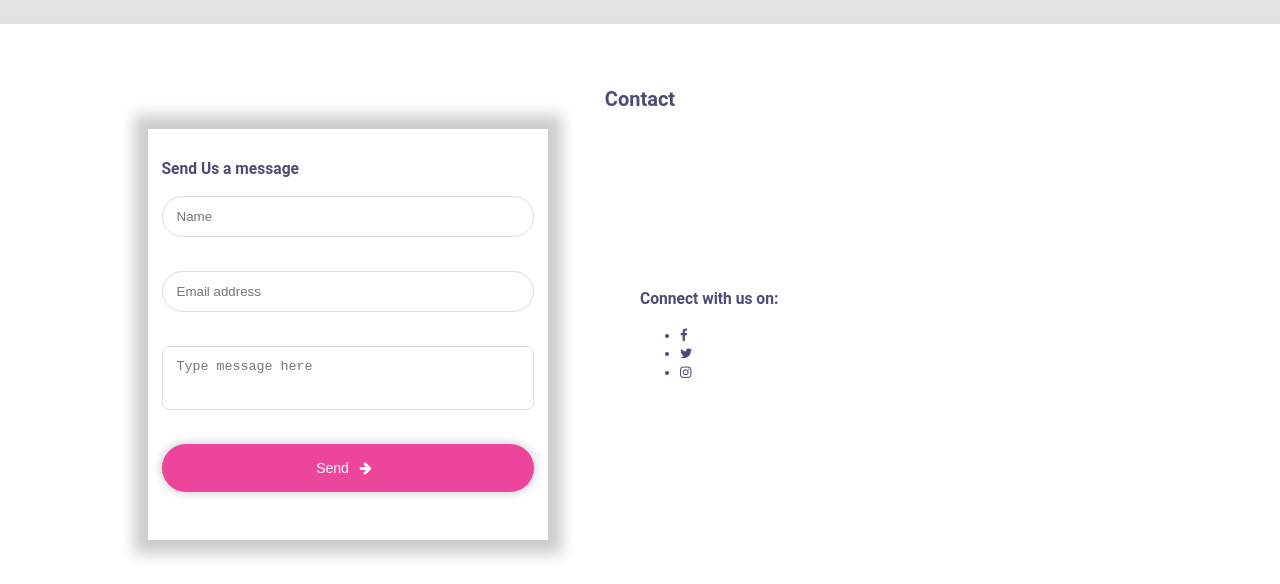
Repository: wisdomspine/emmatech-website
Page: index.html
An editor plug-in stored every save of this project. The page is shown before and after the next save, followed by the edit.
The browser window is 1280 px wide. The pictures show the part of the page from y = 1532 to 2116 px (the page is 2116 px tall).
A picture or video elsewhere on the page could not be fetched, so the positions and the page height are approximate.

Above is the page before, as saved 2020-11-02 12:38:06.

### index.html
<!DOCTYPE html>
<html lang="en">

<head>
    <meta charset="UTF-8">
    <meta name="viewport" content="width=device-width, initial-scale=1.0 max-scale=1.0">
    <title>Emmatech ICT</title>
    <link rel="stylesheet" href="./assets/styles/styles.css">
    <link rel="stylesheet" href="./assets/styles/home-slide.css">
    <link rel="stylesheet" href="./assets/styles/index.css">
    <link rel="stylesheet" href="https://stackpath.bootstrapcdn.com/font-awesome/4.7.0/css/font-awesome.min.css">
</head>

<body>
    <header class="header">
        <div class="container">
            <img src="./assets/images/logo.png" alt="">
            <nav>
                <ul>
                    <li>
                        <a href="#">Contact Us</a>
                    </li>
                    <li>
                        <a href="#">About</a>
                    </li>
                    <li>
                        <a href="#">Services</a>
                    </li>
                    <li>
                        <a href="#">Portfolio</a>
                    </li>
                </ul>
            </nav>
        </div>
    </header>

    <section class="home-slide">
        <div>
            <div class="container">
                <article>
                    <header>
                        <h1>Emmatech-Tech</h1>
                        <h2>Ict Services at it's best</h2>
                    </header>
                    <p>
                        Lorem ipsum dolor, sit amet consectetur adipisicing elit. Doloremque, quo. Pariatur minima ipsam
                        animi tempora quisquam blanditiis, numquam odit asperiores. Recusandae ad eaque nam quasi
                        sapiente voluptates iure tenetur sit.

                    </p>
                </article>
                <img src="./assets/images/slide/slide1.svg" alt="">
            </div>
        </div>
        <div>
            <div class="container">
                <article>
                    <header>
                        <h1>Emmatech-Tech</h1>
                        <h2>Ict Services at it's peak</h2>
                    </header>
                    <p>
                        Lorem ipsum dolor, sit amet consectetur adipisicing elit. Doloremque, quo. Pariatur minima ipsam
                        animi tempora quisquam blanditiis, numquam odit asperiores. Recusandae ad eaque nam quasi
                        sapiente voluptates iure tenetur sit.

                    </p>
                </article>
                <div>
                    <img src="./assets/images/slide/slide2.svg" alt="">
                </div>
            </div>
        </div>
        <div>
            <div class="container">
                <article>
                    <header>
                        <h1>Emmatech-Tech</h1>
                        <h2>Ict Services at it's great</h2>
                    </header>
                    <p>
                        Lorem ipsum dolor, sit amet consectetur adipisicing elit. Doloremque, quo. Pariatur minima ipsam
                        animi tempora quisquam blanditiis, numquam odit asperiores. Recusandae ad eaque nam quasi
                        sapiente voluptates iure tenetur sit.

                    </p>
                </article>
                <div>
                    <img src="./assets/images/slide/slide3.svg" alt="">
                </div>
            </div>
        </div>
    </section>
    <section class="service-section">
        <div class="container">
            <h2 class="text-center">
                Services
            </h2>
            <div class="home-services">
                <figure>
                    <img src="./assets/images/systme-installation.png" alt="">
                    <figcaption>
                        System Installation and Maintenance
                    </figcaption>
                </figure>
                <figure>
                    <img src="./assets/images/systme-installation.png" alt="">
                    <figcaption>
                        System Installation and Maintenance
                    </figcaption>
                </figure>
                <figure>
                    <img src="./assets/images/systme-installation.png" alt="">
                    <figcaption>
                        System Installation and Maintenance
                    </figcaption>
                </figure>
            </div>

            <a href="#" class="button outline accent readmore">
                Readmore
            </a>
        </div>
    </section>
    <section class="home-portfolio">
        <div class="container">
            <header>
                <h2 class="text-center">
                    Portfolio
                </h2>
                <p class="text-center">
                    Take a glimpse of our solutions
                </p>
            </header>
            <div class="content">
                <figure>
                    <img src="https://images.unsplash.com/photo-1557597774-9d273605dfa9?ixlib=rb-1.2.1&ixid=eyJhcHBfaWQiOjEyMDd9&auto=format&fit=crop&w=500&q=80&h=500"
                        alt="">
                    <figcaption>
                        <h3>Installation of CCTV cameras in TA'AL E-Library</h3>
                        <a href="#" class="button filled accent">View Case</a>
                    </figcaption>
                </figure>
                <figure>
                    <img src="https://images.unsplash.com/photo-1557597774-9d273605dfa9?ixlib=rb-1.2.1&ixid=eyJhcHBfaWQiOjEyMDd9&auto=format&fit=crop&w=500&q=80&h=500"
                        alt="">
                    <figcaption>
                        <h3>Installation of CCTV cameras in TA'AL E-Library</h3>
                        <a href="#" class="button filled accent">View Case</a>
                    </figcaption>
                </figure>
                <figure>
                    <img src="https://images.unsplash.com/photo-1557597774-9d273605dfa9?ixlib=rb-1.2.1&ixid=eyJhcHBfaWQiOjEyMDd9&auto=format&fit=crop&w=500&q=80&h=500"
                        alt="">
                    <figcaption>
                        <h3>Installation of CCTV cameras in TA'AL E-Library</h3>
                        <a href="#" class="button filled accent">View Case</a>
                    </figcaption>
                </figure>
                <figure>
                    <img src="https://images.unsplash.com/photo-1557597774-9d273605dfa9?ixlib=rb-1.2.1&ixid=eyJhcHBfaWQiOjEyMDd9&auto=format&fit=crop&w=500&q=80&h=500"
                        alt="">
                    <figcaption>
                        <h3>Installation of CCTV cameras in TA'AL E-Library</h3>
                        <a href="#" class="button filled accent">View Case</a>
                    </figcaption>
                </figure>
            </div>
        </div>
    </section>
    <section class="home-contact">
        <div class="container">
            <h2 class="text-center">
                Contact
            </h2>
            <div class="home-contact-content">
                <div>
                    <div>
                        <h3>Send Us a message</h3>
                        <form action="#" method="POST">
                            <div>
                                <input type="text" placeholder="Name" required>
                            </div>
                            <div>
                                <input type="email" name="" id="" placeholder="Email address" required>
                            </div>
                            <div>
                                <textarea required placeholder="Type message here"></textarea>
                            </div>
                            <div>
                                <button type="submit" class="button filled accent"> Send <span
                                        class="fa fa-arrow-right"></span></button>
                            </div>
                        </form>
                    </div>
                </div>
                <div>
                    <h3>Connect with us on:</h3>
                    <ul>
                        <li>
                            <a href="#"><span class="fa fa-facebook"></span></a>
                        </li>
                        <li>
                            <a href="#"><span class="fa fa-twitter"></span></a>
                        </li>
                        <li>
                            <a href="#"><span class="fa fa-instagram"></span></a>
                        </li>
                    </ul>
                </div>
            </div>
        </div>
    </section>
</body>
<script>
    const divs = document.querySelectorAll(".home-slide > div");
    let current = 0;
    divs.forEach(e => {
        e.style.display = "none";
    })
    divs[(current++) % divs.length].style.display = "block";
    setInterval(function () {
        divs.forEach(e => {
            e.style.display = "none";
        })
        divs[(current++) % divs.length].style.display = "block";
    }, 10000)
</script>

</html>

### assets/styles/styles.css
@import "./preset.css";
@import "./page-header.css";

.container {
  max-width: 1170px;
  margin-left: auto;
  margin-right: auto;
}

.text-center{
  text-align: center;
}

.button{
  font-size: 14px;
  line-height: 21px;
  padding: 10px  14px;
  border-radius: 100px;
}

.button.filled.accent{
  background-color: var(--accent-color);
  color: white;
}

.button.outline.accent{
  border-color: var(--accent-color);
  border-width: 1px;
  border-style: solid;
  color: var(--accent-color);
}

### assets/styles/home-slide.css
@import "./variables.css";

@keyframes slide-article {
  0% {
    opacity: 0;
    position: relative;
    top: -90px;
    left: -150px;
  }

  5.5% {
    opacity: 1;
    position: relative;
    top: 0px;
    left: 0px;
  }

  90.8% {
    opacity: 1;
    position: relative;
    top: 0px;
    left: 0px;
  }

  100% {
    opacity: 0;
    position: relative;
    top: 90px;
    left: -150px;
  }
}

@keyframes slide-img {
  0% {
    opacity: 0;
    position: relative;
    top: 350px;
  }

  5.5% {
    opacity: 1;
    position: relative;
    top: 0px;
  }

  90.8% {
    opacity: 1;
    position: relative;
    top: 0px;
  }

  100% {
    opacity: 0;
    position: relative;
    top: 350px;
  }
}


.home-slide {
  height: calc(100vh - var(--header-height));
  overflow: hidden;
  background: url("../images/Confetti-Doodles.svg");
  background-size: contain;
}

.home-slide>div {
  height: 100%;
}

.home-slide>div .container {
  height: 100%;
}

.home-slide .container {
  display: flex;
  flex-flow: row nowrap;
  align-items: center;
  justify-content: space-between;
}

.home-slide .container img {
  max-width: 500px;
  animation-name: slide-img;
  animation-duration: var(--slide-animation-duration);
}

.home-slide .container article {
  max-width: 500px;
  align-self: flex-start;
  margin-top: 70px;
}

.home-slide .container article h1 {
  font-size: 24px;
  margin-bottom: 0px;
}

.home-slide .container article h2 {
  margin-top: 0px;
  opacity: 0.6;
  font-weight: 400;
  font-size: 17px;
  color: var(--accent-link-color);
}

.home-slide .container article {}

.home-slide .container article:not(:hover) {
  animation-name: slide-article;
  animation-duration: var(--slide-animation-duration);
}

.home-slide .container article p {
  font-size: 17px;
  font-weight: lighter;
  line-height: 26px;
}

### assets/styles/index.css
@import "./variables.css";

.service-section{
    background-color:white;
    padding-top: 84px;
    padding-bottom: 134px;
}

.home-services{
    display: flex;
    flex-flow: row nowrap;
    justify-content: space-between;
    align-items: flex-start;
    margin-top: 30px;;
}

.home-services figure{
    display: flex;
    flex-flow: column nowrap;
    align-items: center;
}

.home-services figure figcaption{
    font-size: 18px;
    line-height: 27px;
}

.service-section .readmore{
    float: right;
    margin-top: 24px;
}

.home-portfolio .content{
    display: flex;
    flex-direction: row;
    flex-wrap: nowrap;
    justify-content: space-between;
    overflow-x: hidden;
    height: 250px;
    margin-left: -20px;
}
.home-portfolio .content figure{
    height: 100%;
    position: relative;
    margin: 0px;
    margin-left: 30px;
    border-radius: 300px;
    overflow: hidden;

}

.home-portfolio .content figure img{
    max-height: 100%;
    border-radius: inherit;
}

.home-portfolio {
    padding-top: 18px;
    padding-bottom: 44px;
    background: linear-gradient(to bottom, white, var(--bg-color));
}

.home-portfolio header>p{
    margin-bottom: 34px;
}

.home-portfolio .content figure figcaption{
    height: 100%;
    position: absolute;
    top: 0;
    display: flex;
    flex-flow: column;
    flex-wrap: nowrap;
    justify-content: center;
    padding: 14px;
    backdrop-filter: brightness(40%);
    align-items: center;
    border-radius: inherit;
    transition: all  1s;


}

.home-portfolio .content figure:not(:hover)  figcaption{
    opacity: 0;
}

.home-portfolio .content figure figcaption h3{
    color: #ffffff;
    text-align: center;
    line-height: 1.8;
}

.home-contact{
    background-color: #ffffff;
    padding: 44px 0px;
}

.home-contact .home-contact-content{
    display: flex;
    flex-flow: row nowrap;
    justify-content: space-around;
    align-items: center;
}
.home-contact .home-contact-content>div{
    width: 50%;
}

.home-contact .home-contact-content>div:first-child{
    display: flex;
    flex-flow: column nowrap;
    align-items: center;

}

.home-contact .home-contact-content>div:first-child>div{
    max-width: 500px;
    min-width: 400px;
    box-shadow: 0px 0px 14px 14px #cccccc;
    padding: 14px;
}

.home-contact .home-contact-content>div:first-child form{
    display: flex;
    flex-flow: column nowrap;
    align-items: stretch;
}

.home-contact .home-contact-content>div:first-child form div{
    display: flex;
    flex-flow: column nowrap;
    align-items: stretch;
}

.home-contact .home-contact-content>div:first-child form div{
    margin-bottom: 34px;
}

input, textarea{
    padding: 12px 14px;
    border-radius: 100px;
    border: 1px solid #dddddd;
}

input, textarea, input:hover, input:active, textarea:hover, textarea:active{
    outline-width: 0px;
}
textarea{
    resize: none;
    border-radius: 7px;
    height: 64px;
}

.home-contact button{
    border: none;
    box-shadow: 0px 0px 10px  1px #cccccc;
    cursor: pointer;
    transition: .5s ease-in-out;
}
.home-contact button:hover{
    box-shadow: none;
    outline-width: 0px;
}
.home-contact button:active{
    opacity: .2;
}

.home-contact button span{

    color: white;
    padding: 7px;
}

### assets/styles/preset.css
/* @font-face {
  font-family: "Roboto";
  src: "../fonts/Roboto /Roboto-Regular.ttf";
} */
@import "./variables.css";

* {
  box-sizing: border-box;
  text-rendering: optimizeLegibility;
  -webkit-font-smoothing: antialiased;
  -moz-osx-font-smoothing: grayscale;
  font-kerning: auto;
  color: var(--text-color);
}

html {
  font-size: 10pt;
  line-height: 1.4;
  font-weight: 400;
  font-family: "Roboto";
  -webkit-text-size-adjust: 100%;
}

body {
  margin: 0;
  background-color: var(--bg-color);
}

a,
a:hover,
a:active,
a:focus {
  text-decoration: none;
}

### assets/styles/page-header.css
@import "./variables.css";
.header {
  display: flex;
  flex-flow: row nowrap;
  justify-content: space-between;
  padding: var(--padding-large);
  height: var(--header-height);
  overflow: hidden;
  background-color: var(--card-color);
}

.header .container {
  display: flex;
  flex-flow: row nowrap;
  justify-content: space-between;
}

.header img {
  display: inline-block;
  height: 100%;
}

.header nav ul {
  list-style: none;
  display: flex;
  flex-flow: row nowrap;
  padding: 0;
  margin: 0;
}

.header nav ul li {
  padding: var(--padding-mid);
}

.header nav ul a {
  color: var(--accent-link-color);
}
.header nav ul a:hover {
  opacity: 0.9;
}

### assets/styles/variables.css
:root {
  --bg-color: #e1e2e1;
  --padding-large: 24px;
  --padding-mid: 18px;
  --header-height: 100px;
  --card-color: #ffffff;
  --accent-link-color: #ed459c;
  --accent-color: #ed459c;

  --text-color: #4C4C78;
  --slide-animation-duration: 10s;
}

Loaded but not shown: assets/images/slide/slide1.svg (1 lines, source omitted)

After the next save:
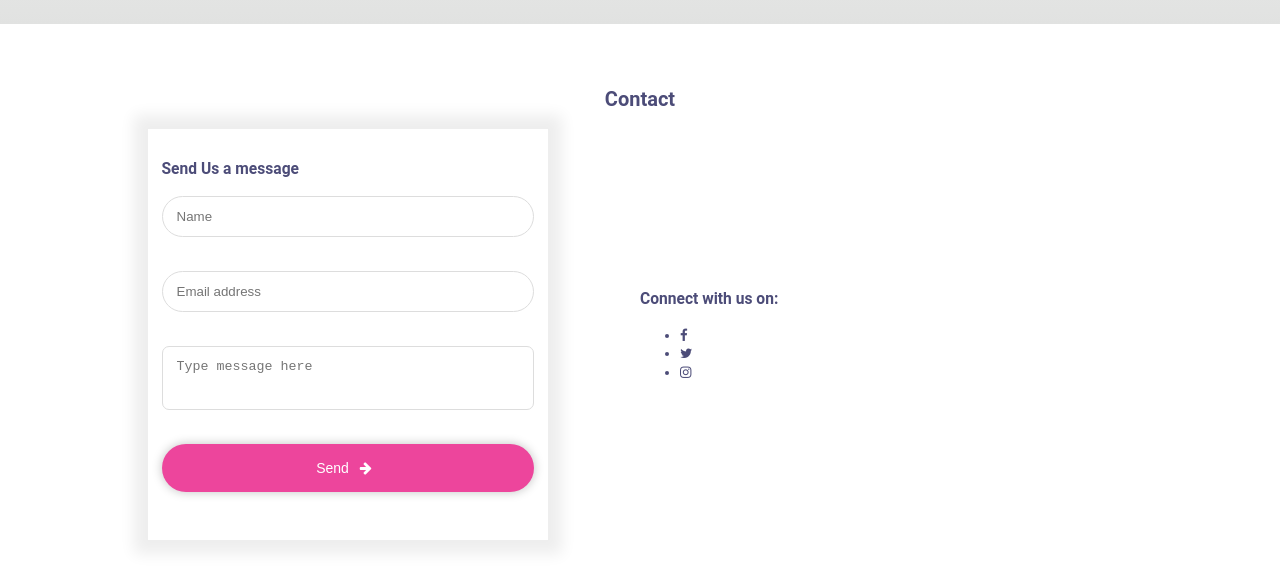
Saved 6 s later.
--- a/assets/styles/index.css
+++ b/assets/styles/index.css
@@ -116,7 +116,7 @@
 .home-contact .home-contact-content>div:first-child>div{
     max-width: 500px;
     min-width: 400px;
-    box-shadow: 0px 0px 14px 14px #cccccc;
+    box-shadow: 0px 0px 14px 14px #eeeeee;
     padding: 14px;
 }
 
